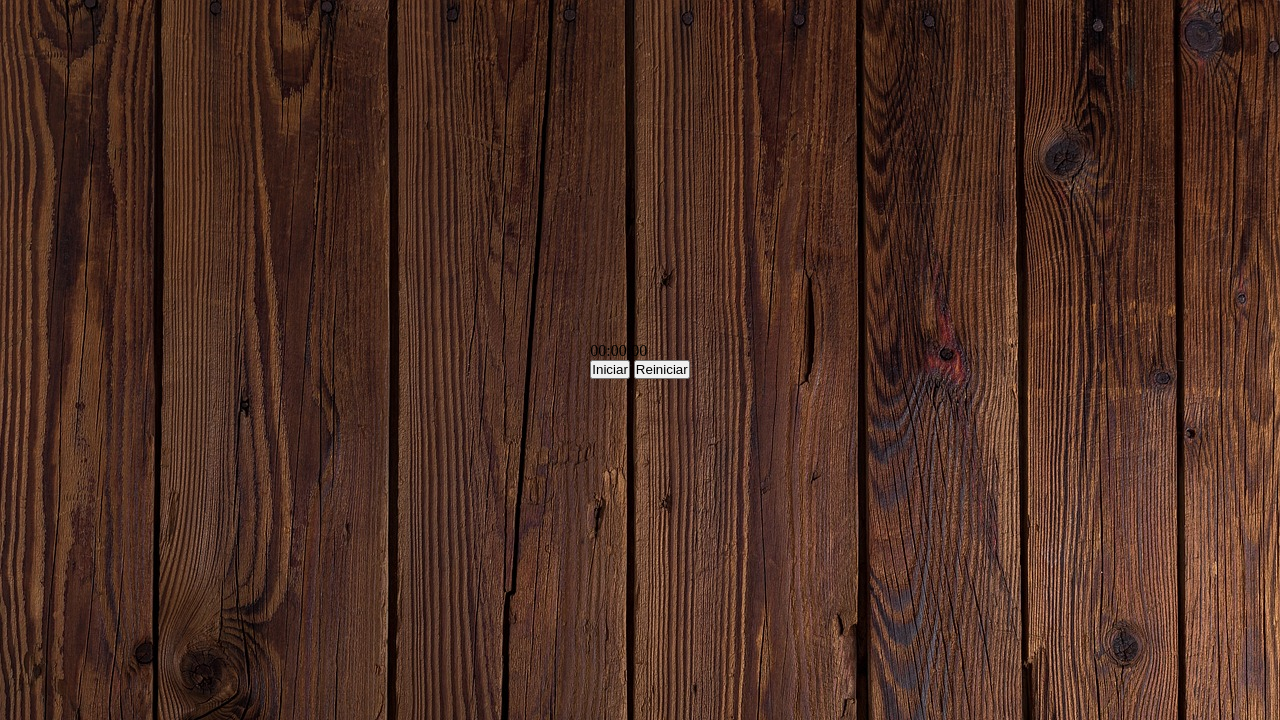
Repository: JoyMoGas/javascript-learn
Page: cronometro/index.html
These files come from the project's save history. The page is drawn as it stood at one moment and after the next save; the edit follows.
The browser window is 1280 px wide. The pictures show the whole page.

Above is the page before, as saved 2024-05-13 17:46:15.

After the next save:
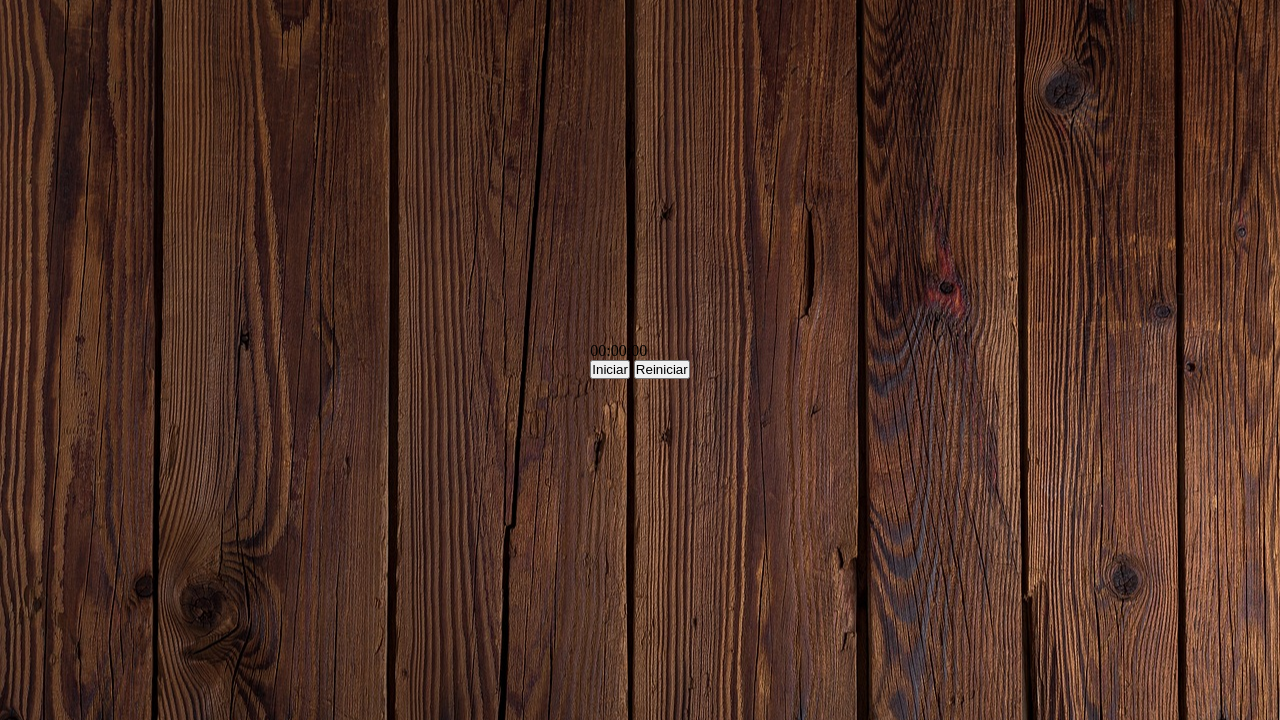
Saved 2 min 53 s later.
--- a/cronometro/styles.css
+++ b/cronometro/styles.css
@@ -10,5 +10,5 @@
   display: flex;
   justify-content: center;
   align-items: center;
-  background: url('images/madera.jpg');
+  background: url('images/madera.jpg') no-repeat center center/ cover;
 }

After the save that followed:
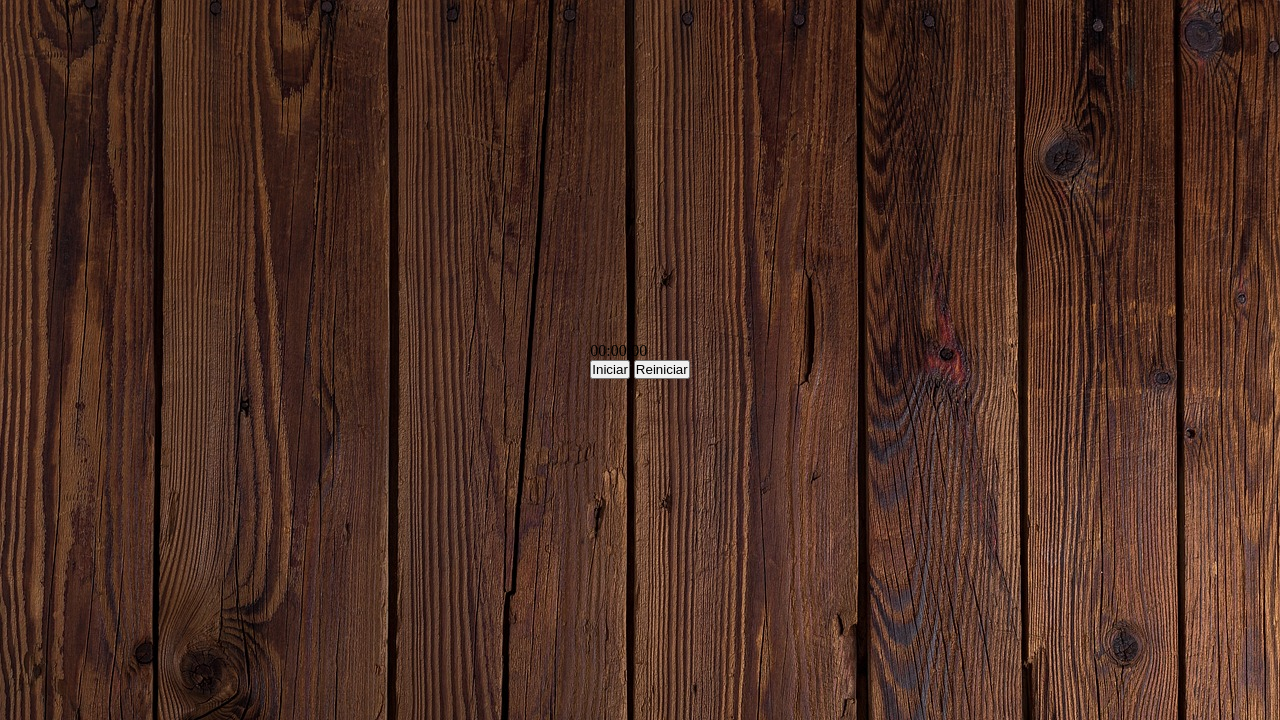
Saved 11 s later.
--- a/cronometro/styles.css
+++ b/cronometro/styles.css
@@ -10,5 +10,5 @@
   display: flex;
   justify-content: center;
   align-items: center;
-  background: url('images/madera.jpg') no-repeat center center/ cover;
+  background: url('images/madera.jpg');
 }
